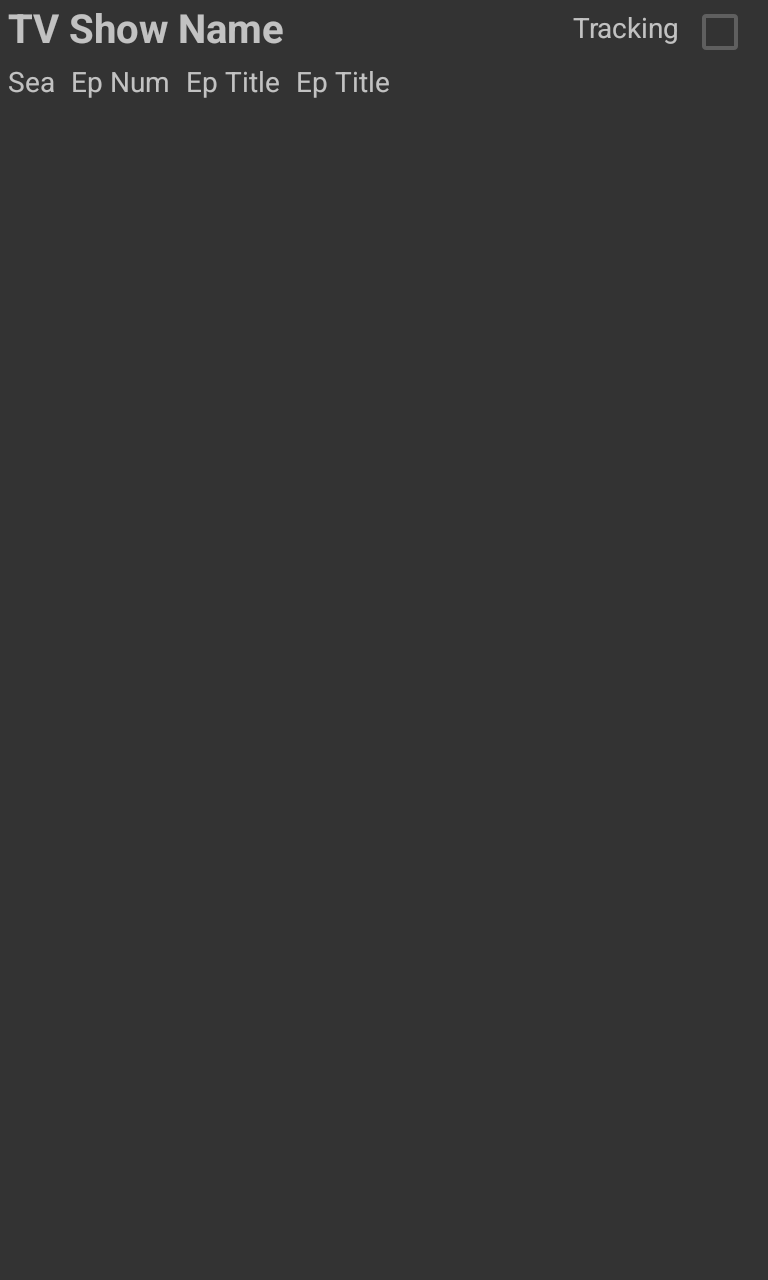
Repository: Jeedan/learning-android-apps
Layout: TvShowTracker/res/layout/list_item_tvshow.xml
The author's editor kept a copy of each file at every save. The layout is drawn from the files as they stood at one save, then again after the next save.
It is drawn on a 768 x 1280 px phone screen (xhdpi) without system bars, with theme AppTheme; the app's code is not run. The app's manifest (not shown) leaves right-to-left support off. So textAlignment, textDirection and layoutDirection are ignored, and left and right values win over start and end ones.

Above is the layout before, as saved 2014-11-01 10:57:23.

After the next save:
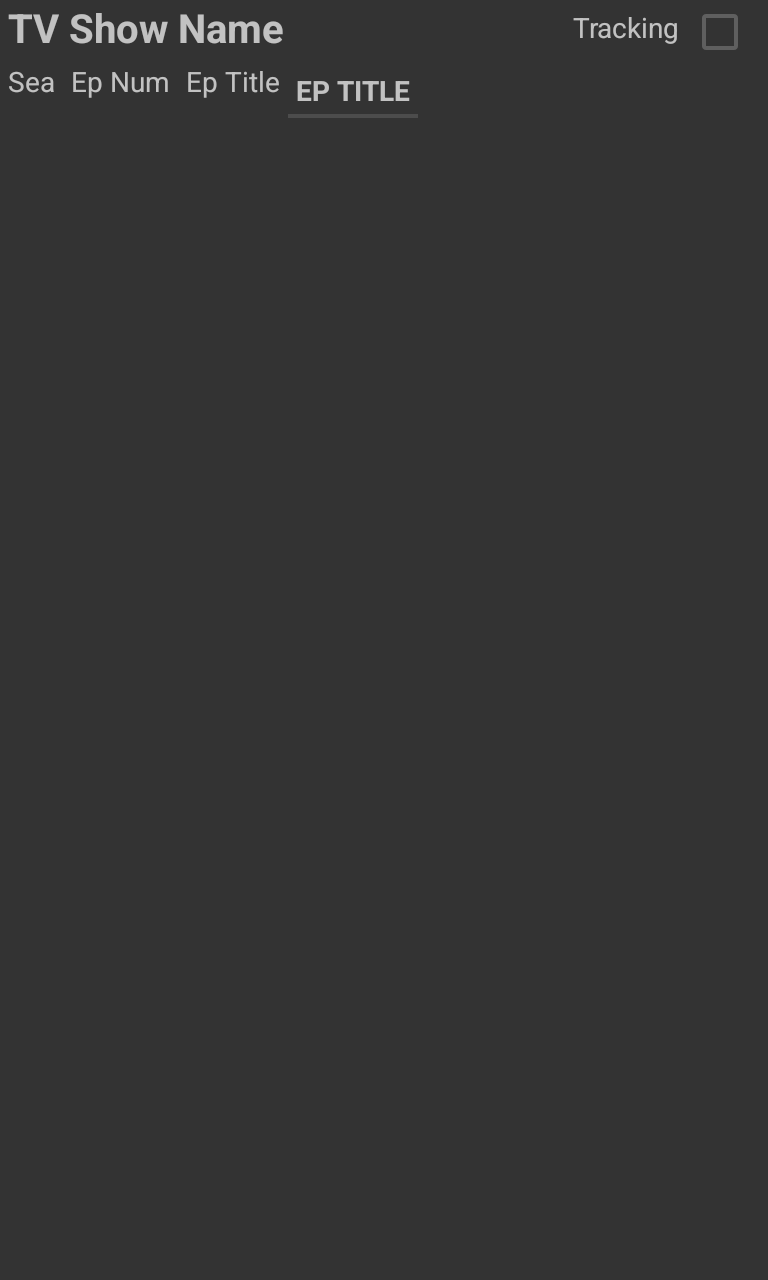
Saved 95 s later.
--- a/TvShowTracker/res/layout/list_item_tvshow.xml
+++ b/TvShowTracker/res/layout/list_item_tvshow.xml
@@ -78,6 +78,7 @@
         android:paddingLeft="4dp"
         android:paddingRight="4dp"
         android:paddingTop="4dp"
-        android:text="@string/tv_show_episode_title" />
+        android:text="@string/tv_show_episode_title"
+        style="?android:listSeparatorTextViewStyle" />
 
 </RelativeLayout>

After the save that followed:
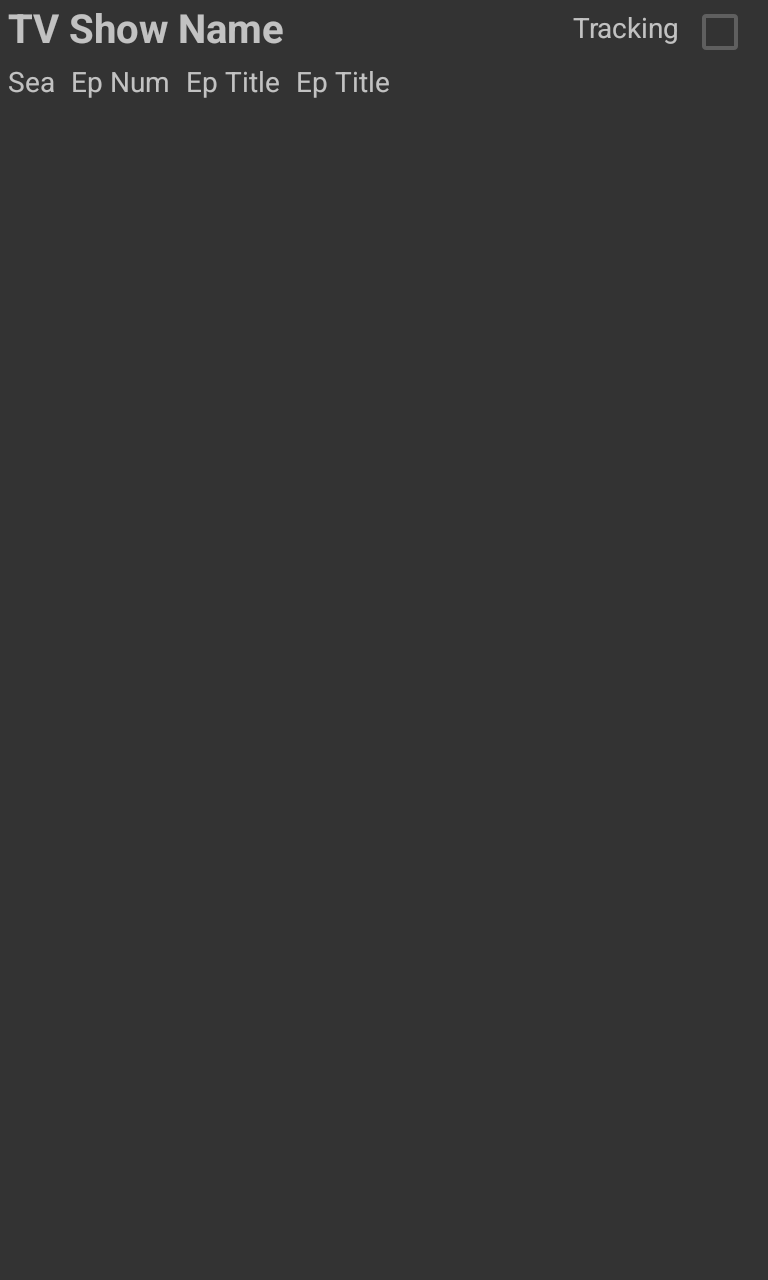
Saved 7 s later.
--- a/TvShowTracker/res/layout/list_item_tvshow.xml
+++ b/TvShowTracker/res/layout/list_item_tvshow.xml
@@ -78,7 +78,6 @@
         android:paddingLeft="4dp"
         android:paddingRight="4dp"
         android:paddingTop="4dp"
-        android:text="@string/tv_show_episode_title"
-        style="?android:listSeparatorTextViewStyle" />
+        android:text="@string/tv_show_episode_title" />
 
 </RelativeLayout>
